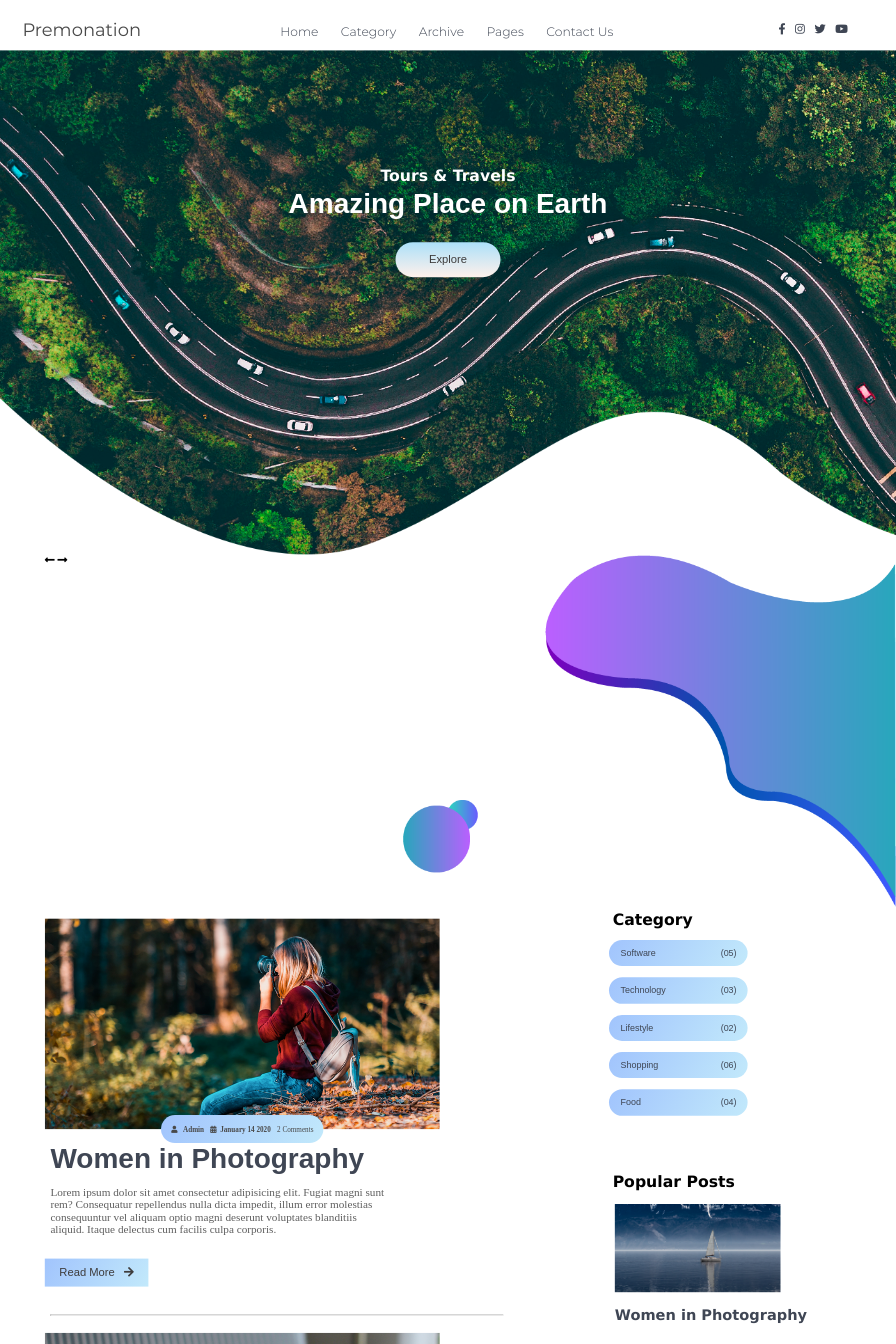
Repository: premjawaharp/Blogsite
Page: index.html
An editor plug-in stored every save of this project. The page is shown before and after a run of saves, followed by the edit.
The browser window is 1280 px wide. The pictures show the part of the page from y = 0 to 1920 px (the page is 4203 px tall), at 70% of full size.

Above is the page before, as saved 2020-09-19 00:34:19.
Console error: SyntaxError: Unexpected number

### index.html
<!DOCTYPE html>
<html lang="en">
<head>
    <meta charset="UTF-8">
    <meta name="viewport" content="width=device-width, initial-scale=1.0">
    <title>Blogger</title>

    <!--Font Awesome style-->
    <link rel="stylesheet" href="css/all.css">

    <!-- Owl Carousel style -->
    <link rel="stylesheet" href="./css/owl.carousel.min.css">
    <link rel="stylesheet" href="./css/owl.theme.default.css">

    <!--Custom style-->
    <link rel="stylesheet" href="css/style.css">
</head>
<body>
    <!------------- Navigation ------------------>
   <nav class="nav">
        <div class="nav-menu flex-row">
            <div class="nav-brand">
                <a href="#" class="text-gray">Premonation</a>
            </div>
            <div class="toggle-collapse">
                <div class="toggle-icons">
                    <i class="fas fa-bars"></i>
                </div>
            </div>
            <div>
                <ul class="nav-items">
                    <li class="nav-link">
                        <a href="#">Home</a>
                    </li>
                    <li class="nav-link">
                        <a href="#">Category</a>
                    </li>
                    <li class="nav-link">
                        <a href="#">Archive</a>
                    </li>
                    <li class="nav-link">
                        <a href="#">Pages</a>
                    </li>
                    <li class="nav-link">
                        <a href="/contactus.html">Contact Us</a>
                    </li>
                </ul>
            </div>
            <div class="social text-gray">
                    <a href="#"><i class="fab fa-facebook-f"></i></a>
                    <a href="#"><i class="fab fa-instagram"></i></a>
                    <a href="#"><i class="fab fa-twitter"></i></a>
                    <a href="#"><i class="fab fa-youtube"></i></a>
            </div>
        </div>
    </nav>
    <!-----x------- Navigation --------x--------->

    <!-- Main site section -->
    <main>
        <!---- Site title ---->
        <section class="site-title">
            <div class="site-background">
                <h3>Tours & Travels</h3>
                <h1>Amazing Place on Earth</h1>
                <button class="btn">Explore</button>
            </div>
        </section>
        <!-- x Site title x -->
        <!-- Blog Carousel content -->
        <section>
            <div class="blog">
                <div class="container">
                    <div class="owl-carousel owl-theme blogpost">
                        <div class="blog-content">
                            <img src="./assets/Blog-post/post-1.jpg" alt="post1">
                            <div class="blog-title">
                                <h3>London Fashion Week</h3>
                                <button class="btn">Fashion</button>
                            </div>
                        </div>
                        <div class="blog-content">
                            <img src="./assets/Blog-post/post-2.jpg" alt="post2">
                            <div class="blog-title">
                                <h3>London Fashion Week</h3>
                                <button class="btn">Fashion</button>
                            </div>
                        </div>
                        <div class="blog-content">
                            <img src="./assets/Blog-post/post-3.jpg" alt="post3">
                            <div class="blog-title">
                                <h3>London Fashion Week</h3>
                                <button class="btn">Fashion</button>
                            </div>
                        </div>
                        <div class="blog-content">
                            <img src="./assets/Blog-post/post-1.jpg" alt="post1">
                            <div class="blog-title">
                                <h3>London Fashion Week</h3>
                                <button class="btn">Fashion</button>
                            </div>
                        </div>

                    </div>
                    <div class="owl-navigation">
                        <span class="owl-nav-prev"><i class="fas fa-long-arrow-alt-left"></i></span>
                        <span class="owl-nav-next"><i class="fas fa-long-arrow-alt-right"></i></span>
                    </div>
                </div>
            </div>
        </section>
        <!-- x Blog Carousel content x -->

        <!---- Site Content ---->

        <section class="container">
            <div class="site-content">
                <div class="posts">
                    <div class="post-content">
                        <div class="post-image">
                            <div>
                                <img  src="./assets/Blog-post/blog1.png" class="img" alt="blog1">
                            </div>
                            <div class="post-info flex-row">
                                <span><i class="fas fa-user text-gray">&nbsp;&nbsp; Admin</i></span>&nbsp;
                                <span><i class="fas fa-calendar-alt text-gray">&nbsp;&nbsp;January 14 2020</i></span>&nbsp;
                                <span class="text-gray">2 Comments</span>
                            </div>
                        </div>
                        <div class="post-title">
                            <a href="/blog1.html"><h1>Women in Photography</h1></a>
                            <p>Lorem ipsum dolor sit amet consectetur adipisicing elit.
                                Fugiat magni sunt rem? Consequatur repellendus nulla dicta impedit, illum error molestias consequuntur vel aliquam optio magni deserunt voluptates blanditiis aliquid. Itaque delectus cum facilis culpa corporis.</p>
                        </div>
                        <a href="/blog1.html">
                            <button class="btn post-btn"> Read More &nbsp; <i class="fas fa-arrow-right"></i></button>
                        </a>

                    </div>
                    <hr>
                    <div class="post-content">
                        <div class="post-image">
                            <div>
                                <img  src="./assets/Blog-post/blog2.png" class="img" alt="blog">
                            </div>
                            <div class="post-info flex-row">
                                <span><i class="fas fa-user text-gray">&nbsp;&nbsp; Admin</i></span>&nbsp;
                                <span><i class="fas fa-calendar-alt text-gray">&nbsp;&nbsp;January 14 2020</i></span>&nbsp;
                                <span class="text-gray">2 Comments</span>
                            </div>
                        </div>
                        <div class="post-title">
                            <a href="/blog2.html"><h1>Womennn in Photography</h1></a>
                            <p>Lorem ipsum dolor sit amet consectetur adipisicing elit.
                                Fugiat magni sunt rem? Consequatur repellendus nulla dicta impedit, illum error molestias consequuntur vel aliquam optio magni deserunt voluptates blanditiis aliquid. Itaque delectus cum facilis culpa corporis.</p>
                        </div>
                        <a href="/blog2.html">
                            <button class="btn post-btn"> Read More &nbsp; <i class="fas fa-arrow-right"></i></button>
                        </a>
                    </div>
                    <hr>
                    <div class="post-content">
                        <div class="post-image">
                            <div>
                                <img  src="./assets/Blog-post/blog3.png" class="img" alt="blog3">
                            </div>
                            <div class="post-info flex-row">
                                <span><i class="fas fa-user text-gray">&nbsp;&nbsp; Admin</i></span>&nbsp;
                                <span><i class="fas fa-calendar-alt text-gray">&nbsp;&nbsp;January 14 2020</i></span>&nbsp;
                                <span class="text-gray">2 Comments</span>
                            </div>
                        </div>
                        <div class="post-title">
                            <a href="/blog3.html"><h1>Women in Photography</h1></a>
                            <p>Lorem ipsum dolor sit amet consectetur adipisicing elit.
                                Fugiat magni sunt rem? Consequatur repellendus nulla dicta impedit, illum error molestias consequuntur vel aliquam optio magni deserunt voluptates blanditiis aliquid. Itaque delectus cum facilis culpa corporis.</p>
                        </div>
                        <a href="/blog3.html">
                            <button class="btn post-btn"> Read More &nbsp; <i class="fas fa-arrow-right"></i></button>
                        </a>
                    </div>
                    <hr>
                    <div class="post-content">
                        <div class="post-image">
                            <div>
                                <img  src="./assets/Blog-post/blog4.png" class="img" alt="blog3">
                            </div>
                            <div class="post-info flex-row">
                                <span><i class="fas fa-user text-gray">&nbsp;&nbsp; Admin</i></span>&nbsp;
                                <span><i class="fas fa-calendar-alt text-gray">&nbsp;&nbsp;January 14 2020</i></span>&nbsp;
                                <span class="text-gray">2 Comments</span>
                            </div>
                        </div>
                        <div class="post-title">
                            <a href="#"><h1>Women in Photography</h1></a>
                            <p>Lorem ipsum dolor sit amet consectetur adipisicing elit.
                                Fugiat magni sunt rem? Consequatur repellendus nulla dicta impedit, illum error molestias consequuntur vel aliquam optio magni deserunt voluptates blanditiis aliquid. Itaque delectus cum facilis culpa corporis.</p>
                        </div>
                        <button class="btn post-btn">Read More &nbsp; <i class="fas fa-arrow-right"></i></button>
                    </div>
                    <hr>
                    <div class="pagination flex-row">
                        <a href="#"><i class="fas fa-chevron-left"></i></a>
                        <a href="#" class="page">1</a>
                        <a href="#" class="page">2</a>
                        <a href="#" class="page">3</a>
                        <a href="#" ><i class="fas fa-chevron-right"></i></a>
                    </div>
                </div>
                <aside class="sidebar">
                    <div class="category">
                        <h3>Category</h3>
                        <ul class="category-list">
                            <li class="list-items">
                                <a href="#">Software</a>
                                <span>(05)</span>
                            </li>
                            <li class="list-items">
                                <a href="#">Technology</a>
                                <span>(03)</span>
                            </li>
                            <li class="list-items">
                                <a href="#">Lifestyle</a>
                                <span>(02)</span>
                            </li>
                            <li class="list-items">
                                <a href="#">Shopping</a>
                                <span>(06)</span>
                            </li>
                            <li class="list-items">
                                <a href="#">Food</a>
                                <span>(04)</span>
                            </li>
                        </ul>
                    </div>
                    <div class="popular-post">
                        <h3>Popular Posts</h3>
                        <div class="post-content">
                            <div class="post-image">
                                <div>
                                    <img  src="./assets/Blog-post/blog4.png" class="img" alt="blog3">
                                </div>

                            </div>
                            <div class="post-title">
                                <a href="#"><h4>Women in Photography</h4></a>
                                <p>Lorem ipsum dolor sit amet consectetur adipisicing elit.
                                    Fugiat magni sunt rem? Consequatur repellendus nulla dicta impedit, illum error molestias consequuntur vel aliquam optio magni deserunt voluptates blanditiis aliquid. Itaque delectus cum facilis culpa corporis.</p>
                            </div>
                        </div>
                        <div class="post-content">
                            <div class="post-image">
                                <div>
                                    <img  src="./assets/Blog-post/blog4.png" class="img" alt="blog3">
                                </div>
                            </div>
                            <div class="post-title">
                                <a href="#"><h4>Biker Boys</h4></a>
                                <p>Lorem ipsum dolor sit amet consectetur adipisicing elit.
                                    Fugiat magni sunt rem? Consequatur repellendus nulla dicta impedit, illum error molestias consequuntur vel aliquam optio magni deserunt voluptates blanditiis aliquid. Itaque delectus cum facilis culpa corporis.</p>
                            </div>
                        </div>
                        <div class="post-content">
                            <div class="post-image">
                                <div>
                                    <img  src="./assets/Blog-post/blog4.png" class="img" alt="blog3">
                                </div>
                            </div>
                            <div class="post-title">
                                <a href="#"><h4>Don't judge the book by it's cover</h4></a>
                                <p>Lorem ipsum dolor sit amet consectetur adipisicing elit.
                                    Fugiat magni sunt rem? Consequatur repellendus nulla dicta impedit, illum error molestias consequuntur vel aliquam optio magni deserunt voluptates blanditiis aliquid. Itaque delectus cum facilis culpa corporis.</p>
                            </div>
                        </div>
                        <div class="news-letter">
                            <div class="news-form">
                                <h3>Newsletter</h3>
                                <div class="news-inputs">
                                    <input type="text" class='input-element' placeholder="Email">
                                    <button class="new-form-btn btn">Subscribe</button>
                                </div>

                            </div>
                        </div>
                        <div class="popular-tag">
                            <h3>Popular Tags</h3>
                            <div class="tags flex-row">
                                <span class="tag">Software</span>
                                <span class="tag">Technology</span>
                                <span class="tag">Travel</span>
                                <span class="tag">Lifestyle</span>
                                <span class="tag">Love</span>
                                <span class="tag">Story</span>
                                <span class="tag">Project</span>
                                <span class="tag">Cooking</span>
                            </div>

                        </div>

                    </div>
                </aside>

            </div>
        </section>
        <!-- x Site Content x -->

    </main>
    <!-- x Main site section x -->
    <!-- ------- footer ------- -->
    <footer class="footer">
        <div class="container">
            <div class="pad-pad">
                <div class="about-us">
                    <h3>About Us</h3>
                    <p class="">Lorem ipsum dolor sit amet consectetur adipisicing elit.
                        ut eius, dolorem eligendi quo, illum
                        assumenda laboriosam reiciendis
                        facilis perspiciatis nam quae iure quasi,
                         numquam sint ad. Aut, voluptatum amet?</p>
                </div>
                <div class="news-letter">
                    <h3>News Letter</h3>
                    <p>Stay upto date</p>
                    <div class="news-inputs">
                        <input type="text" class='input-element' placeholder="Email">
                        <span><i class='fas fa-chevron-right'></i></span>
                    </div>
                </div>
                <div class="instagram">
                    <h3>Instagram</h3>
                    <div class="insta-images flex-row">
                        <img src="./assets/instagram/thumb-card3.png" alt="insta3">
                        <img src="./assets/instagram/thumb-card4.png" alt="insta4">
                        <img src="./assets/instagram/thumb-card5.png" alt="insta5">
                    </div>
                    <div class="insta-images flex-row">
                        <img src="./assets/instagram/thumb-card6.png" alt="insta6">
                        <img src="./assets/instagram/thumb-card7.png" alt="insta7">
                        <img src="./assets/instagram/thumb-card8.png" alt="insta8">
                    </div>
                </div>
                <div class="follow">
                    <div class="social text-gray">
                    <h3>Follow</h3>
                    <p>Let us be Social</p>
                    <a href="#"><i class="fab fa-facebook-f"></i></a>
                    <a href="#"><i class="fab fa-instagram"></i></a>
                    <a href="#"><i class="fab fa-twitter"></i></a>
                    <a href="#"><i class="fab fa-youtube"></i></a>
                    <div class="move-up">
                        <span>
                            <a href="index.html"><i class="fas fa-arrow-circle-up"> </i></a>
                        </span>
                    </div>
                </div>
            </div>
        </div>

    </footer>

    <!-- -----x- footer -x----- -->
    <!-- Jquery library -->
    <script src="js/jquery3.5.1.min.js"></script>
    <!-- Owl Carousel Js -->
    <script src="js/owl.carousel.min.js"></script>
    <!-- Custom javascript -->
    <script src="js/script.js"></script>



</body>
</html>

### css/fonts.css
@font-face{
    font-family: Montserrat;
    src: url(../Montserrat/Montserrat-Light.ttf)
}
@font-face{
    font-family: Montserrat-Bold;
    src: url(../Montserrat/Montserrat-Bold.ttf)
}
@font-face{
    font-family: Montserrat-SemiBold;
    src: url(../Montserrat/Montserrat-SemiBold.ttf)
}
@font-face{
    font-family: Montserrat-Medium;
    src: url(../Montserrat/Montserrat-Regular.ttf)
}

@font-face{
    font-family: Anton-Regular;
    src: url(../Anton/Anton-Regular.ttf)
}

### js/script.js
const responsive ={
    320:{
        items:1
    },
    620:{
        items:2
    }
    620:{
        items:2
    }
}

$(document).ready(function(){

    $nav = $('.nav');
    $toggleCollapse = $('.toggle-collapse')

    // click event on toggle menu
    $toggleCollapse.click(function(){
        $nav.toggleClass('collapse');
    })
})

// owl carousel for blog
$('.owl-carousel').owlCarousel(
    {
        loop:true,
        autoplay:true,
        autoplayTimeout: 4000,
        fluidSpeed:1,
        dots:false,
        nav:true,
        animateOut:true,
        navText:[$('.owl-navigation .owl-nav-prev'),$('.owl-navigation .owl-nav-next')],
        responsive:responsive


    }
)

Loaded but not shown: css/all.css (library); css/owl.carousel.min.css (library); css/owl.theme.default.css (common file); js/jquery3.5.1.min.js (library); js/owl.carousel.min.js (library); css/style.css (568 lines, source omitted)

After the next 4 saves:
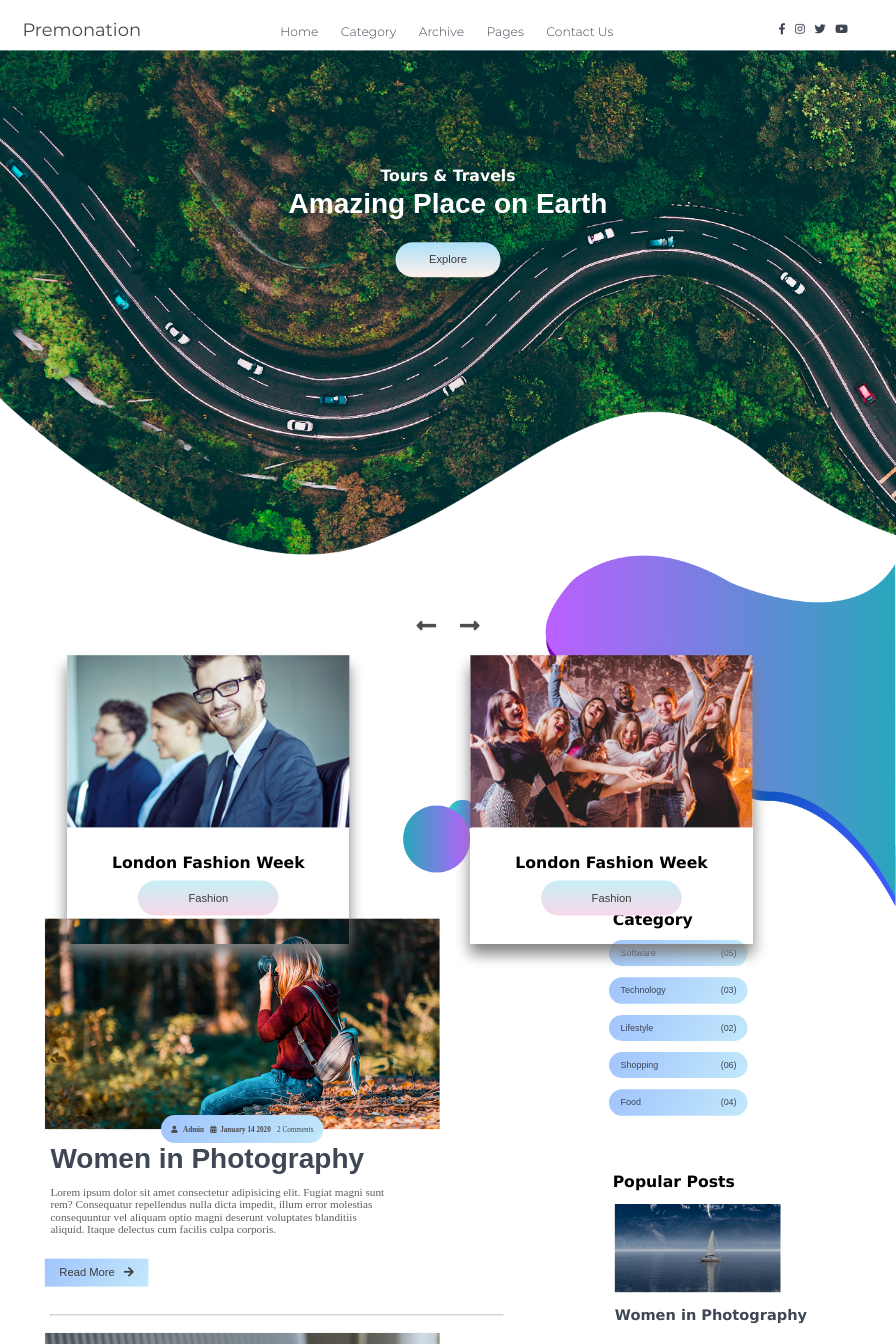
The error is gone.
The 4 saves are shown as one change because they came seconds apart.
The last was saved 11 s later.
--- a/js/script.js
+++ b/js/script.js
@@ -4,9 +4,9 @@ const responsive ={
     },
     620:{
         items:2
-    }
-    620:{
-        items:2
+    },
+    100:{
+        items:3
     }
 }
 
